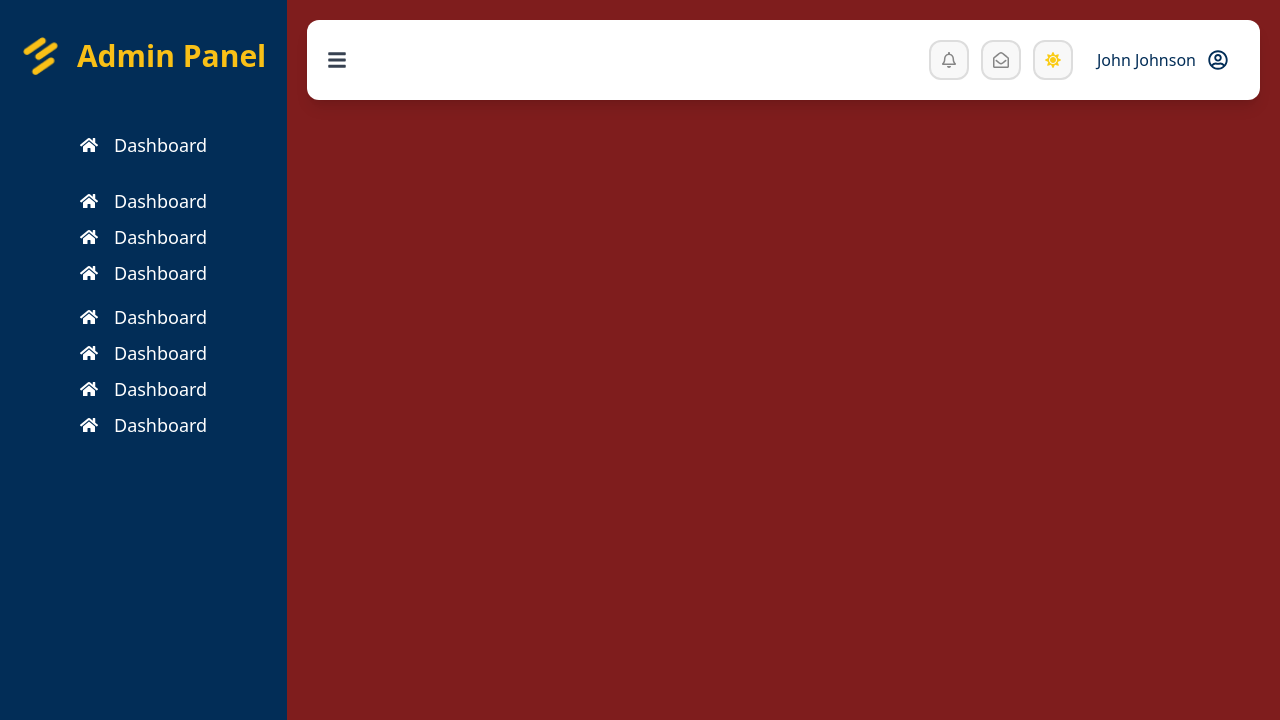
Repository: farrelmuhammad/redesign-bo
Page: /
The author's editor kept a copy of each file at every save. The page is drawn from the files as they stood at one save, then again after the next save.
The browser window is 1280 px wide. The pictures show the whole page.
The project was rebuilt for these pictures with package versions that can differ from the ones it lists, and the page was loaded fresh each time. Also part of the build but not shown: src/App.css.

Above is the page before, as saved 2024-03-02 19:53:15.

### src/App.tsx
import React from 'react';
import logo from './logo.svg';
import './App.css';
import Navbar from './components/Navbar';
import Sidebar from './components/Sidebar';

function App() {
  return (
    <section className='bg-red-900 h-screen w-screen flex font-poppins text-white'>
      <Sidebar />
      <Navbar />
    </section>
  );
}

export default App;

### src/components/Navbar.tsx
import React from 'react'
import { FaBars, FaMoon, FaRegBell, FaRegEnvelopeOpen, FaRegUserCircle, FaSun } from "react-icons/fa";

const Navbar = () => {
    return (
        <nav className='bg-white h-20 w-full flex flex-row justify-between items-center px-5 m-5 rounded-xl shadow-lg'>
            <div className="flex flex-1 justify-start items-center">
                <button className='text-xl text-gray-700 hover:text-black'>
                    <FaBars />
                </button>
            </div>
            <div className="flex flex-1 flex-row gap-3 justify-end items-end">
                <button className='flex justify-center items-center h-10 w-10 text-[#868686] bg-[#F8F8F8] rounded-xl border-[2px] border-[#DDDDDD] hover:border-gray-500 hover:text-gray-500'>
                    <FaRegBell />
                </button>
                <button className='flex justify-center items-center h-10 w-10 text-[#868686] bg-[#F8F8F8] rounded-xl border-[2px] border-[#DDDDDD] hover:border-gray-500 hover:text-gray-500'>
                    <FaRegEnvelopeOpen />
                </button>
                <button className='flex justify-center items-center h-10 w-10 rounded-xl border-[2px] border-[#DDDDDD] bg-[#F8F8F8] text-yellow-400 hover:border-gray-500 hover:text-yellow-500'>
                    <FaSun />
                    {/* <FaMoon /> */}
                </button>
                <button className='flex flex-row justify-center items-center py-2 px-3 gap-3 text-[#022D57] hover:text-[#1e183a]'>
                    John Johnson <FaRegUserCircle className='text-xl' />
                </button>
            </div>
        </nav>
    )
}

export default Navbar

### src/components/Sidebar.tsx
import React from 'react'
import Logo from '../assets/images/Logo.png'
import { FaHome } from 'react-icons/fa'

const Sidebar = () => {
    return (
        <aside className='flex flex-col h-full w-1/4 justify-start items-center bg-[#022D57] py-5'>
            <div className="flex flex-row h-20 justify-start gap-4 items-center">
                <img className="h-10 w-10" src={Logo} alt="" />
                <h1 className='font-bold text-3xl text-[#F9C017]'>Admin Panel</h1>
            </div>
            <div className="flex flex-col h-full w-full justify-start gap-4 items-start py-5 px-20">
                <ul className='flex flex-col gap-2 w-full font-medium text-lg'>
                    <li className='w-full'>
                        <button className='flex flex-row justify-start w-full items-center gap-4 py-5 hover:rounded-xl hover:bg-[#3996DC] hover:bg-opacity-[20%] hover:'>
                        <FaHome /> Dashboard
                        </button>
                    </li>
                    <li className='flex flex-row justify-start items-center gap-4'>
                        <FaHome /> Dashboard
                    </li>
                    <li className='flex flex-row justify-start items-center gap-4'>
                        <FaHome /> Dashboard
                    </li>
                    <li className='flex flex-row justify-start items-center gap-4'>
                        <FaHome /> Dashboard
                    </li>
                </ul>
                <ul className='flex flex-col gap-2 font-medium text-lg'>
                    <li className='flex flex-row justify-start items-center gap-4'>
                        <FaHome /> Dashboard
                    </li>
                    <li className='flex flex-row justify-start items-center gap-4'>
                        <FaHome /> Dashboard
                    </li>
                    <li className='flex flex-row justify-start items-center gap-4'>
                        <FaHome /> Dashboard
                    </li>
                    <li className='flex flex-row justify-start items-center gap-4'>
                        <FaHome /> Dashboard
                    </li>
                </ul>
            </div>
        </aside>
    )
}

export default Sidebar

Loaded but not shown: public/index.html (common file); src/index.tsx (common file); src/index.css (common file); src/reportWebVitals.ts (common file); tailwind.config.js (common file)

After the next save:
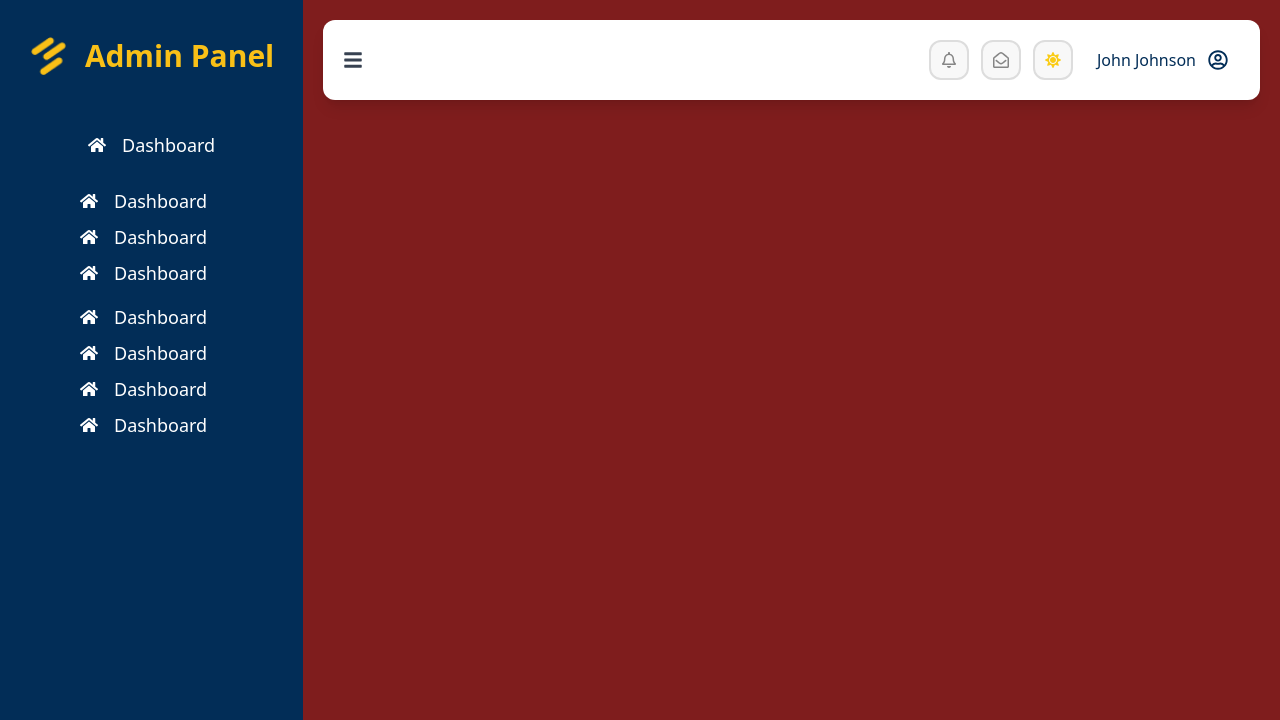
Saved 5 s later.
--- a/src/components/Sidebar.tsx
+++ b/src/components/Sidebar.tsx
@@ -11,7 +11,7 @@
             </div>
             <div className="flex flex-col h-full w-full justify-start gap-4 items-start py-5 px-20">
                 <ul className='flex flex-col gap-2 w-full font-medium text-lg'>
-                    <li className='w-full'>
+                    <li className='w-full px-2'>
                         <button className='flex flex-row justify-start w-full items-center gap-4 py-5 hover:rounded-xl hover:bg-[#3996DC] hover:bg-opacity-[20%] hover:'>
                         <FaHome /> Dashboard
                         </button>
